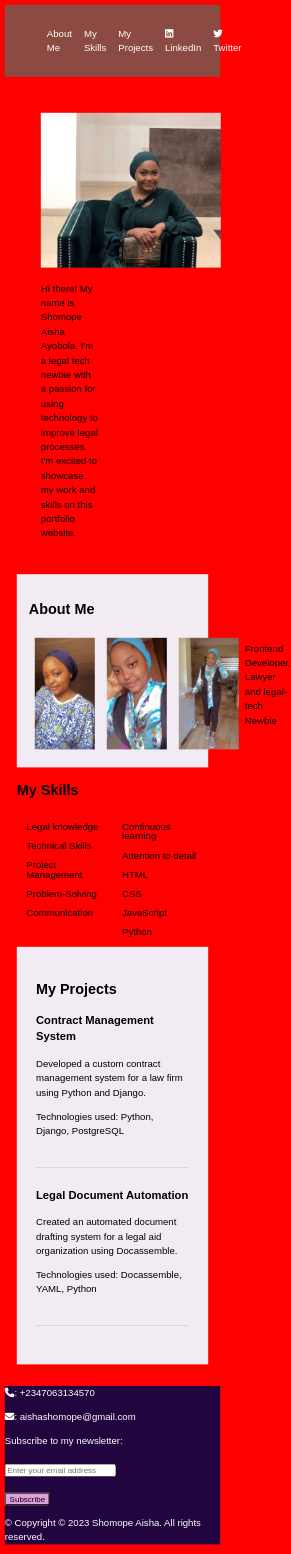
Repository: Iyewande/AishasPortfolio
Page: Index.html
These files come from the project's save history. The page is drawn as it stood at one moment and after the next save; the edit follows.
The browser window is 375 px wide. The page is 485 px wide, so the pictures cover 485 px, including what lies to the right of the window. The pictures show the whole page, at 60% of full size.
Some web libraries are served in a nearby version.

Above is the page before, as saved 2023-05-04 23:40:34.

### Index.html
<!DOCTYPE html>
<html lang="en">
    <head>
        <meta charset="UTF-8">
        <meta http-equiv="X-UA-Compatible" content="IE=edge">
        <meta name="viewport" content="width=device-width, initial-scale=1.0">
        <title>My Legal Tech Portfolio</title>
        <link rel="stylesheet" href="Style.css">
        <script src="https://kit.fontawesome.com/dcc74d8766.js" crossorigin="anonymous"></script>
    </head>
    <body>
        <div class="main-container">
        <!-- This HTML code creates a simple portfolio website with three main sections: About Me, My Projects, and My Skills.
            The navigation menu allows visitors to easily navigate between the sections of the website. The CSS styling for
            this website is located in a separate style.css file. -->
        <header id="header">
            <div>

            </div>
            <nav>
                <ul>
                    <li><a href="#about">About Me</a></li>
                    <li><a href="#skills">My Skills</a></li>
                    <li><a href="#projects">My Projects</a></li>
                    <li><a href="https://www.linkedin.com/in/shomope-aisha-ayobola/"><i class="fa-brands fa-linkedin"></i>LinkedIn</a></li>
                    <li><a href="https://twitter.com/ShomopeAisha"><i class="fa-brands fa-twitter"></i>Twitter</a></li>
                  </ul>
            </nav>
        </header>
        <main>
            <section id="landingPage">
                <div id="image">
                    <img id="img" src="E17CF07F-F5B1-4C94-9C3E-8D25C5FEC29B.jpg" alt="A picture of me">
                </div>
                <div id="heading">
                    <p>Hi there! My name is Shomope Aisha Ayobola.  I'm a legal tech newbie with a passion for using technology to improve legal processes. I'm excited to
                        showcase my work and skills on this portfolio website.
                    </p>
                </div>

            </section>
            <section  id="about">
                <div id="aboutMe">
                    <h2>About Me</h2>
                </div>
                <div id="secondrow2">
                    <div id="gallery">
                        <img id="me1" src="IMG_0573.JPG" alt="My picture">
                        <img id="me2" src="IMG_2036.JPG" alt="My picture">
                        <img id="me3" src="IMG_2049.JPG" alt="My picture">
                    </div>
                    <div id="paragraph">
                        <p>
                            Frontend Developer, Lawyer and legal-tech Newbie
                        </p>
                    </div>
                </div>

            </section>
              <section id="skills">
                <div id="mySkills">
                    <h2>My Skills</h2>
                </div>
               <div id="list">
                    <div id="unordered">
                         <p>Legal knowledge</p>
                         <p>Technical Skills</p>
                         <p>Project Management</p>
                         <p>Problem-Solving</p>
                         <p>Communication</p>
                    </div>
                    <div id="ordered">
                        <p>Continuous learning</p>
                        <p>Attention to detail</p>
                        <p>HTML</p>
                        <p>CSS</p>
                        <p>JavaScript</p>
                        <p>Python</p>
                </div>
              </section>
              <section id="projects">
                <div class="main-container"></div>
                <h2>My Projects</h2>
                <ul>
                  <li>
                    <h3>Contract Management System</h3>
                    <p>Developed a custom contract management system for a law firm using Python and Django.</p>
                    <p>Technologies used: Python, Django, PostgreSQL</p>
                  </li>
                  <li>
                    <h3>Legal Document Automation</h3>
                    <p>Created an automated document drafting system for a legal aid organization using Docassemble.</p>
                    <p>Technologies used: Docassemble, YAML, Python</p>
                  </li>
                </ul>
              </section>
              <section>
                <!-- <h3 id="futureProjects">Future projects</h3> -->
                <!-- As a complete legal tech newbie with only legal knowledge, HTML, and CSS skills, you can still build a portfolio
                       that showcases your abilities and potential. Here are some project ideas: -->

                <!-- <ul>
                    <li>
                        <h3>Legal blog or website</h3>
                        <p>Create a blog or website that discusses legal topics, provides legal advice, or offers legal services.</p>
                        <p>Tools:My HTML and CSS skills to design and build the website, and my legal knowledge to create
                            engaging and informative content.</p>
                    </li>
                    <li>
                        <h3>Legal case study</h3>
                        <p> Analyze a legal case and create a detailed report that summarizes the facts, legal issues, and outcomes.</p>
                    </li>
                    <li>
                        <h3>Legal newsletter</h3>
                        <p>Develop a newsletter that provides updates on legal news, recent court decisions, or changes in legislation.</p>
                    </li>
                    <li>
                        <h3>Legal Podcast </h3>
                        <p>Create a podcast that discusses legal topics or features interviews with legal professionals.</p>
                    </li>
                    <li>
                        <h3>Legal infographic</h3>
                        <p>Create an infographic that explains a legal concept or process in a visually engaging way.</p>
                    </li>
                    <h3>Legal research database</h3>
                    <p>Build a legal research database that allows users to search for legal cases or statutes using keywords, topics, and other criteria.</p>
                    </li>
                    <li>
                        <h3>Document automation</h3>
                        <p>Develop a tool that automates the creation of legal documents, such as contracts or agreements, using templates and user input.</p>
                    </li>
                    <li>
                        <h3>Contract management system</h3>
                        <p>Create a system that manages the entire contract lifecycle, from drafting to negotiation to execution and beyond.</p>
                    </li>
                    <li>
                        <h3>Compliance tracking tool</h3>
                        <p>Build a tool that helps companies track their compliance with legal regulations, such as data privacy laws or labor laws.</p>
                    </li>
                    <li>
                        <h3>Legal analytics dashboard</h3>
                        <p>Develop a dashboard that provides insights and analytics on legal data, such as case outcomes or legal spend.</p>
                    </li>
                    <li>
                        <h3>E-discovery tool</h3>
                        <p>Create a tool that helps legal teams manage electronic discovery, including searching, reviewing, and producing relevant documents for litigation.</p>
                    </li>
                    <li>
                        <h3>Virtual legal assistant</h3>
                        <p>Build a virtual assistant that can answer legal questions, provide guidance on legal processes, or assist with legal research.</p>
                    </li>
                </ul>
              </section>
              <p>These projects will help demonstrate my creativity, technical skills, and understanding of legal concepts.
                They can be used to showcase my work to potential employers, clients, or collaborators in the legal tech industry.
                As I continue to learn and develop your skills, I can incorporate more advanced technical components into my
                portfolio projects.</p> -->

        </main>
        <!-- footer: contains content that appears at the bottom of the page, such as copyright information. -->
        <footer id="footer">
            <div >
                <div class="contact">
                    <p><i class="fa-sharp fa-solid fa-phone"></i>: +2347063134570</p>
                    <p><i class="fa-solid fa-envelope"></i>: aishashomope@gmail.com</p>
                </div>
                <form action="#" method="post">
                    <label for="subscribe">Subscribe to my newsletter:</label>
                    <br><br>
                    <input type="email" id="subscribe" name="subscribe" placeholder="Enter your email address">
                    <br><br>
                    <button class=btn type="submit">Subscribe</button>
                </form>
                <p>&copy; Copyright © 2023 Shomope Aisha. All rights reserved.</p>
            </div>
        </footer>
    </div>
    </body>
</html>

### Style.css
/* Specific styles */

/* Header Styles */
#header {
  background-color: rgb(34, 4, 63);
  color: #fff;
  display: flex;
}

.header-container {
  display: flex;
  justify-content: space-between;
  align-items: center;
}

nav ul {
  display: flex;
  list-style: none;
}

nav ul li {
  margin: 0 10px;
  display: inline-block;
  width: 100px;
}

nav ul li a {
  color: #fff;
  text-decoration: none;
}

#landingPage {
  display: flex;
  margin: 20px;
  padding: 20px;
  justify-content: space-around;
}

#image{
  width: 25%;
}
#img{
  width: 300px;
}

#heading{
  width: 40%;
}

#secondrow2{
  display: flex;
  justify-content: space-evenly;
}

#gallery{
  display: flex;
  flex-direction: row;
}

#me1{
  flex: 30%;
  padding: 10px;
  width: 100px;
}

#me2{
  flex: 30%;
padding: 10px;
width: 100px;
}

#me3{
  flex: 30%;
padding: 10px;
width: 100px;
}

  #about {
    background-color: rgb(243, 235, 243);
    padding: 20px;
  }

  #about p {
    margin-bottom: 1em;
  }
  #aboutMe h2{
    font-size: 24px;
  }

  #projects ul {
    list-style: none;
    margin: 0;
    padding: 0;
  }

  #projects li {
    border-bottom: 1px solid #ccc;
    margin-bottom: 2em;
    padding-bottom: 2em;
  }

  #projects h3 {
    margin-top: 0;
  }

  #projects p {
    margin-bottom: 1em;
  }

  #projects {
    background-color: rgb(243, 235, 243);
    padding: 2em;
  }

  #futureProjects li {
    background-color: rgb(243, 235, 243);
    padding: 2em;
  }


  #skills ul {
    display: grid;
    grid-template-columns: repeat(auto-fit, minmax(120px, 1fr));
    grid-gap: 1em;
  }

  #skills li {
    background-color: #f7f7f7;
    border: 1px solid #ccc;
    border-radius: 4px;
    padding: 1em;
    text-align: center;
  }

  #list{
    display: flex;
    justify-content: space-around;
  }

  #unordered{
    width: 40%;
    line-height: 1;
  }

  #ordered{
    width: 40%;
    line-height: 1;
  }


   */
  /* Global Styles */
* {
    box-sizing: border-box;
    margin: 0;
    padding: 0;
}

body {
    font-family: Arial, sans-serif;
    font-size: 16px;
    line-height: 1.5;
}

header, main {
    max-width: 1200px;
    margin: 0 auto;
    padding: 20px;
}

/* Footer styles */
footer{
    background-color: rgb(34, 4, 63);
    color: #fff;
}
/* Hover Style */
nav ul li a:hover {
    text-decoration: underline;
}

.btn {
    background-color:plum;
}
.btn:hover {
    background-color:purple;
    color: white;
}

/* Focus Style */
input:focus {
    background-color: plum;
  }

/* Pseudo style */
h3{
    font-weight: bold;
}

@media (max-width: 320px){
  body{
    background-color:aqua
  }
  #header{
    display: flex;
    flex-direction: column;
    background-color:green
  }
  #header-container{
    display: flex;
  justify-content: space-between;
  align-items: left;
  }
  nav ul li {
    display: flex;
    flex-direction: column;
  }
  #landingPage{
    display: flex;
    flex-direction: column;
  }
}

@media (min-width:320px) and (max-width:480px) {

}

@media (max-width:767px) {
  body{
    background-color:red
  }
  #header{
    display: flex;
    flex-direction: column;
    background-color:rgb(139, 74, 66)
  }
  #header-container{
    display: flex;
  justify-content: space-between;
  align-items: left;
  }
  nav ul li {
    display: flex;
    flex-direction: column;
  }
  #landingPage{
    display: flex;
    flex-direction: column;
  }
}

After the next save:
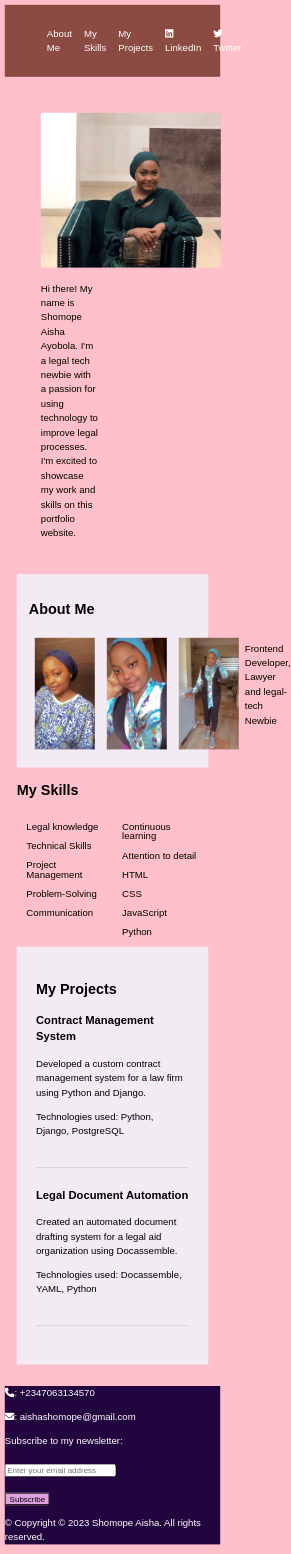
Saved 41 s later.
--- a/Style.css
+++ b/Style.css
@@ -221,12 +221,15 @@ h3{
 }
 
 @media (min-width:320px) and (max-width:480px) {
-
+  #landingPage{
+    display: flex;
+    flex-direction: column;
+  }
 }
 
 @media (max-width:767px) {
   body{
-    background-color:red
+    background-color:pink
   }
   #header{
     display: flex;
